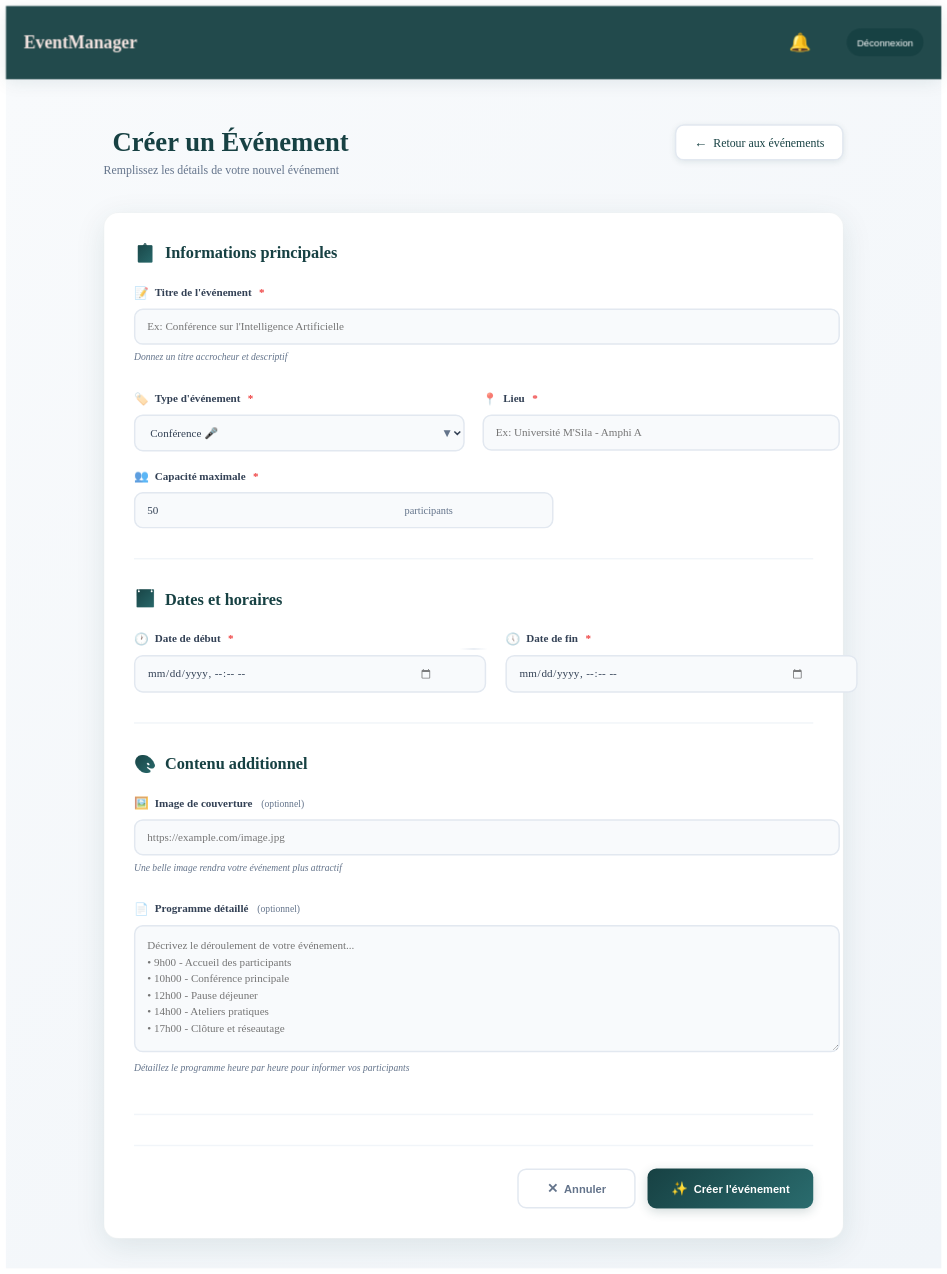
Repository: RADJA-A/DahiliRadja_Pjt_IW
Page: /organisateur/creer-evenement (app in Front/gerement/)
These files come from the project's save history. The page is drawn as it stood at one moment and after the next save; the edit follows.
The browser window is 1280 px wide. The pictures show the whole page, at 74% of full size.
The project was rebuilt for these pictures with package versions that can differ from the ones it lists, and the page was loaded fresh each time. Also part of the build but not shown: Front/gerement/angular.json, Front/gerement/src/app/pages/home/home.component.ts, Front/gerement/src/app/components/avantages/avantages.component.ts, Front/gerement/src/app/components/procedure/procedure.component.ts, Front/gerement/src/app/components/services/services.component.ts, Front/gerement/src/app/pages/login/login.component.ts, Front/gerement/src/app/core/services/auth.service.ts, Front/gerement/src/app/pages/signin/signin.component.ts and 9 more.

Above is the page before, as saved 2025-12-10 17:17:55.

### Front/gerement/src/index.html
<!doctype html>
<html lang="en">
<head>
  <meta charset="utf-8">
  <title>Gerement</title>
  <base href="/">
  <meta name="viewport" content="width=device-width, initial-scale=1">
   <link rel="icon" type="image/x-icon" href="1.png">
</head>
<body>


  <app-root></app-root>
</body>
</html>

### Front/gerement/src/app/app.config.ts
import { ApplicationConfig, provideZoneChangeDetection } from '@angular/core';
import { provideRouter } from '@angular/router';
import { provideHttpClient } from '@angular/common/http';

import { routes } from './app.routes';

export const appConfig: ApplicationConfig = {
  providers: [
    provideZoneChangeDetection({ eventCoalescing: true }),
    provideRouter(routes),
    provideHttpClient() // ← Pour les appels HTTP
  ]
};

### Front/gerement/src/app/app.component.ts
import { Component } from '@angular/core';
import { CommonModule } from '@angular/common';
import { Router, RouterOutlet, NavigationEnd } from '@angular/router';
import { HeaderComponent } from './components/header/header.component';
import { FooterComponent } from './components/footer/footer.component';
import { NavbarComponent } from './components/navbar/navbar.component';
import { filter } from 'rxjs/operators';

@Component({
  selector: 'app-root',
  standalone: true,
  imports: [
    CommonModule,
    RouterOutlet,
    HeaderComponent,
    FooterComponent,
    NavbarComponent // ← Ajout
  ],
  templateUrl: './app.component.html',
  styleUrls: ['./app.component.css']
})
export class AppComponent {
  title = 'gerement';
  showNavbar = false;

  constructor(private router: Router) {
    // Déterminer quand afficher la navbar
    this.router.events.pipe(
      filter(event => event instanceof NavigationEnd)
    ).subscribe((event: any) => {
      const url = event.url;
      this.showNavbar = !['/', '/login', '/signin'].includes(url);
    });
  }
}

### Front/gerement/src/app/app.component.html
<app-header *ngIf="!showNavbar"></app-header>
<app-navbar *ngIf="showNavbar"></app-navbar>
<router-outlet></router-outlet>
<app-footer *ngIf="!showNavbar"></app-footer>

### Front/gerement/src/app/components/header/header.component.ts
import { Component } from '@angular/core';
import { Router, RouterModule } from '@angular/router';

@Component({
  selector: 'app-header',
  standalone: true,
  imports: [RouterModule],
  templateUrl: './header.component.html',
  styleUrls: ['./header.component.css']
})
export class HeaderComponent {
  constructor(private router: Router) {}

  navigateToLogin() {
    this.router.navigate(['/login']);
  }

  navigateToSignin() {
    this.router.navigate(['/signin']);
  }

}

### Front/gerement/src/app/components/navbar/navbar.component.ts
import { Component, OnInit } from '@angular/core';
import { Router, RouterModule } from '@angular/router';
import { CommonModule } from '@angular/common';
import { NotificationsComponent } from '../notifications/notifications.component';
import { NotificationService } from '../../services/notification.service';

@Component({
  selector: 'app-navbar',
  imports: [CommonModule,NotificationsComponent,RouterModule],
  templateUrl: './navbar.component.html',
  styleUrls: ['./navbar.component.css']
})
export class NavbarComponent implements OnInit {
  user: any;
  notificationsCount = 0;
  showNotifications = false;

  constructor(
    private router: Router,
    private notificationService: NotificationService
  ) {}

  ngOnInit() {
    const userStr = localStorage.getItem('user');
    if (userStr) {
      this.user = JSON.parse(userStr);
      this.loadNotificationsCount();
    }
  }

  loadNotificationsCount() {
    this.notificationService.getNotificationsNonLues(this.user.id).subscribe(
      (notifications) => {
        this.notificationsCount = notifications.length;
      }
    );
  }

  toggleNotifications() {
    this.showNotifications = !this.showNotifications;
  }

  logout() {
    localStorage.removeItem('user');
    this.router.navigate(['/login']);
  }

  // Fix role check with multiple possibilities
  isOrganisateur(): boolean {
    const role = this.user?.role;
    console.log('Checking role:', role); // Debug log
    return role === 'ORGANIZER' || role === 'ADMIN';
  }

  // Add isParticipant method
  isParticipant(): boolean {
    const role = this.user?.role;
    return role === 'PARTICIPANT';
  }
}

### Front/gerement/src/app/components/header/header.component.html
<div id="logindiv">
  <nav>
    <h1>Gerement</h1>
    <ul class="liste">
      <li><a href="#avantages">Avantages</a></li>
      <li><a href="#services">Nos services</a></li>
      <li><a href="#procedure">Procedure</a></li>
    </ul>

    <!-- Wrap the buttons -->
    <div class="button-group">
      <button id="connectbtn" (click)="navigateToLogin()">Se connecter</button>
      <button id="signinbtn" (click)="navigateToSignin()">S'inscrire</button>
    </div>
  </nav>
</div>

### Front/gerement/src/app/components/header/header.component.css
*{
    font-family: DM sans-serif ;
}


body::-webkit-scrollbar {
    width : 10px;
}

body::-webkit-scrollbar-track {
    background :#174143;
}

body::-webkit-scrollbar-thumb {
    background-color :#F5E5E1;
    border-radius: 10px 10px ;
}


nav {
    display: flex;
    justify-content: space-between; /* h1 left, everything else right */
    align-items: center;
    padding: 0 20px;
}

.button-group {
    display: flex;
    gap: 10px; /* space between the two buttons */
}


nav h1 {
    color: #174143;
    margin: 0;
}

nav ul {
    display: flex;
    list-style: none;
    margin: 0;
    padding: 0;
    gap: 30px;
    align-items: center;
    font-size: 20px;
}

nav ul li {
    margin: 0;
    padding: 0;
}

nav ul li a {
    text-decoration: none;
    color: black;
    line-height: 1;
    display: flex;
    align-items: center;
}

nav ul li a:hover{
    font-weight: bold;
}


button{
    border: none;
    border-radius: 50px;
     background-color:  #174143;
    color: white;
    height : 48px;
    width : 134px;
    font-size: 19px;
}

button:hover{
    cursor: pointer;
    transition : 0.2s ease-in-out  ;
    background-color:  #F5E5E1;
    color:  #174143;
}

### Front/gerement/src/app/components/footer/footer.component.html
<footer class="custom-footer">
  <div class="footer-section">
    <p>Université d'alger 1</p>
    <p>Alger centre</p>
    <p>Alger, Algerie</p>
  </div>



  <div class="footer-bottom">
    <p>Gerement™</p>
    <p>© 2025 All Rights Reserved</p>
  </div>
</footer>

### Front/gerement/src/app/components/footer/footer.component.css
.custom-footer {
  background: #174143;
  padding: 30px;
  text-align: center;
  color: #F5E5E1;
  font-family: Arial, sans-serif;
  border-top: 1px solid #ddd;
}


.footer-bottom {
  margin-top: 15px;
  font-size: 13px;
  color: #d7beb8;
}

### Front/gerement/src/app/components/navbar/navbar.component.html
<nav class="navbar">
  <div class="navbar-container">
    <div class="navbar-brand">
      <h2>EventManager</h2>
    </div>

    <div class="navbar-menu">
      <ng-container *ngIf="isOrganisateur()">
        <!-- Add routerLink directive -->
        <a [routerLink]="['/organisateur/dashboard']" routerLinkActive="active">Dashboard</a>
        <a [routerLink]="['/organisateur/mes-evenements']" routerLinkActive="active">Mes Événements</a>
        <a [routerLink]="['/organisateur/creer-evenement']" routerLinkActive="active">Créer</a>
      </ng-container>

      <ng-container *ngIf="isParticipant()">
        <!-- Add routerLink directive -->
        <a [routerLink]="['/participant/evenements']" routerLinkActive="active">Événements</a>
        <a [routerLink]="['/participant/mes-inscriptions']" routerLinkActive="active">Mes Inscriptions</a>

      </ng-container>
    </div>

    <div class="navbar-actions">
      <div class="notification-btn" (click)="toggleNotifications()">
        <span class="icon">🔔</span>
        <span class="badge-notif" *ngIf="notificationsCount > 0">{{ notificationsCount }}</span>
      </div>

      <div class="user-menu">
        <span>{{ user?.prenom }} {{ user?.nom }}</span>
        <button class="btn btn-secondary" (click)="logout()">Déconnexion</button>
      </div>
    </div>
  </div>

  <!-- Dropdown notifications -->
  <app-notifications *ngIf="showNotifications" [userId]="user?.id"></app-notifications>
</nav>

### Front/gerement/src/app/pages/organisateur/creer-evenement/creer-evenement.component.html
<div class="creer-evenement">
  <div class="container">
    <!-- En-tête élégant -->
    <div class="page-header">
      <div class="header-content">
        <div class="header-text">
          <h1><span class="header-icon"></span> Créer un Événement</h1>
          <p class="subtitle">Remplissez les détails de votre nouvel événement</p>
        </div>
        <a routerLink="/organisateur/mes-evenements" class="btn-back">
          <span class="btn-icon">←</span> Retour aux événements
        </a>
      </div>
    </div>

    <!-- Formulaire -->
    <div class="form-wrapper">
      <form (ngSubmit)="onSubmit()" class="evenement-form">
        <!-- Section 1 : Informations principales -->
        <div class="form-section">
          <div class="section-header">
            <span class="section-icon">📋</span>
            <h3>Informations principales</h3>
          </div>

          <div class="form-grid">
            <!-- Titre -->
            <div class="input-group full-width">
              <label class="form-label">
                <span class="label-icon">📝</span>
                Titre de l'événement
                <span class="required">*</span>
              </label>
              <input
                type="text"
                [(ngModel)]="evenement.titre"
                name="titre"
                placeholder="Ex: Conférence sur l'Intelligence Artificielle"
                class="form-input"
                required>
              <p class="input-hint">Donnez un titre accrocheur et descriptif</p>
            </div>

            <!-- Type -->
            <div class="input-group">
              <label class="form-label">
                <span class="label-icon">🏷️</span>
                Type d'événement
                <span class="required">*</span>
              </label>
              <div class="select-container">
                <select [(ngModel)]="evenement.type" name="type" class="form-select" required>
                  <option *ngFor="let type of types" [value]="type">
                    {{ getTypeLabel(type) }}
                  </option>
                </select>
                <span class="select-arrow">▼</span>
              </div>
            </div>

            <!-- Lieu -->
            <div class="input-group">
              <label class="form-label">
                <span class="label-icon">📍</span>
                Lieu
                <span class="required">*</span>
              </label>
              <input
                type="text"
                [(ngModel)]="evenement.lieu"
                name="lieu"
                placeholder="Ex: Université M'Sila - Amphi A"
                class="form-input"
                required>
            </div>

            <!-- Capacité -->
            <div class="input-group">
              <label class="form-label">
                <span class="label-icon">👥</span>
                Capacité maximale
                <span class="required">*</span>
              </label>
              <div class="number-container">
                <input
                  type="number"
                  [(ngModel)]="evenement.capaciteMax"
                  name="capaciteMax"
                  min="1"
                  max="1000"
                  placeholder="50"
                  class="form-input number-input"
                  required>
                <span class="input-suffix">participants</span>
              </div>
            </div>
          </div>
        </div>

        <!-- Section 2 : Dates -->
        <div class="form-section">
          <div class="section-header">
            <span class="section-icon">📅</span>
            <h3>Dates et horaires</h3>
          </div>

          <div class="date-container">
            <div class="date-group">
              <label class="form-label">
                <span class="label-icon">🕐</span>
                Date de début
                <span class="required">*</span>
              </label>
              <div class="datetime-input-container">
                <input
                  type="datetime-local"
                  [(ngModel)]="evenement.dateDebut"
                  name="dateDebut"
                  class="form-input datetime-input"
                  required>
              </div>
            </div>

            <div class="date-separator">
              <div class="separator-line"></div>
              <span class="separator-text">à</span>
            </div>

            <div class="date-group">
              <label class="form-label">
                <span class="label-icon">🕔</span>
                Date de fin
                <span class="required">*</span>
              </label>
              <div class="datetime-input-container">
                <input
                  type="datetime-local"
                  [(ngModel)]="evenement.dateFin"
                  name="dateFin"
                  class="form-input datetime-input"
                  required>
              </div>
            </div>
          </div>
        </div>

        <!-- Section 3 : Contenu -->
        <div class="form-section">
          <div class="section-header">
            <span class="section-icon">🎨</span>
            <h3>Contenu additionnel</h3>
          </div>

          <div class="content-grid">
            <!-- Image -->
            <div class="input-group full-width">
              <label class="form-label">
                <span class="label-icon">🖼️</span>
                Image de couverture
                <span class="optional">(optionnel)</span>
              </label>
              <div class="image-input-container">
                <input
                  type="url"
                  [(ngModel)]="evenement.imageUrl"
                  name="imageUrl"
                  placeholder="https://example.com/image.jpg"
                  class="form-input">
                <p class="input-hint">Une belle image rendra votre événement plus attractif</p>
              </div>
              <div *ngIf="evenement.imageUrl" class="image-preview">
                <img [src]="evenement.imageUrl" alt="Aperçu" (error)="evenement.imageUrl = ''">
              </div>
            </div>

            <!-- Programme -->
            <div class="input-group full-width">
              <label class="form-label">
                <span class="label-icon">📄</span>
                Programme détaillé
                <span class="optional">(optionnel)</span>
              </label>
              <div class="textarea-container">
                <textarea
                  [(ngModel)]="evenement.programme"
                  name="programme"
                  rows="6"
                  placeholder="Décrivez le déroulement de votre événement...
• 9h00 - Accueil des participants
• 10h00 - Conférence principale
• 12h00 - Pause déjeuner
• 14h00 - Ateliers pratiques
• 17h00 - Clôture et réseautage"
                  class="form-textarea"></textarea>
                <p class="input-hint">Détaillez le programme heure par heure pour informer vos participants</p>
              </div>
            </div>
          </div>
        </div>

        <!-- Actions -->
        <div class="form-actions">
          <button type="button" class="btn btn-secondary" routerLink="/organisateur/mes-evenements">
            <span class="btn-icon">✕</span>
            Annuler
          </button>
          <button type="submit" class="btn btn-primary" [disabled]="loading">
            <span *ngIf="!loading" class="btn-content">
              <span class="btn-icon">✨</span>
              Créer l'événement
            </span>
            <span *ngIf="loading" class="btn-content">
              <span class="spinner"></span>
              Création en cours...
            </span>
          </button>
        </div>
      </form>
    </div>
  </div>
</div>

Loaded but not shown: Front/gerement/src/styles.css (common file); Front/gerement/src/main.ts (common file); Front/gerement/src/app/components/footer/footer.component.ts (common file); Front/gerement/src/app/pages/organisateur/creer-evenement/creer-evenement.component.css (455 lines, source omitted); Front/gerement/src/app/services/notification.service.ts (100 lines, source omitted); Front/gerement/src/app/pages/organisateur/creer-evenement/creer-evenement.component.ts (118 lines, source omitted); Front/gerement/src/app/app.routes.ts (36 lines, source omitted); Front/gerement/src/app/services/evenement.service.ts (71 lines, source omitted); Front/gerement/src/app/components/navbar/navbar.component.css (105 lines, source omitted); Front/gerement/src/app/app.component.css (no stored copy; drawn as an empty file)

After the next save:
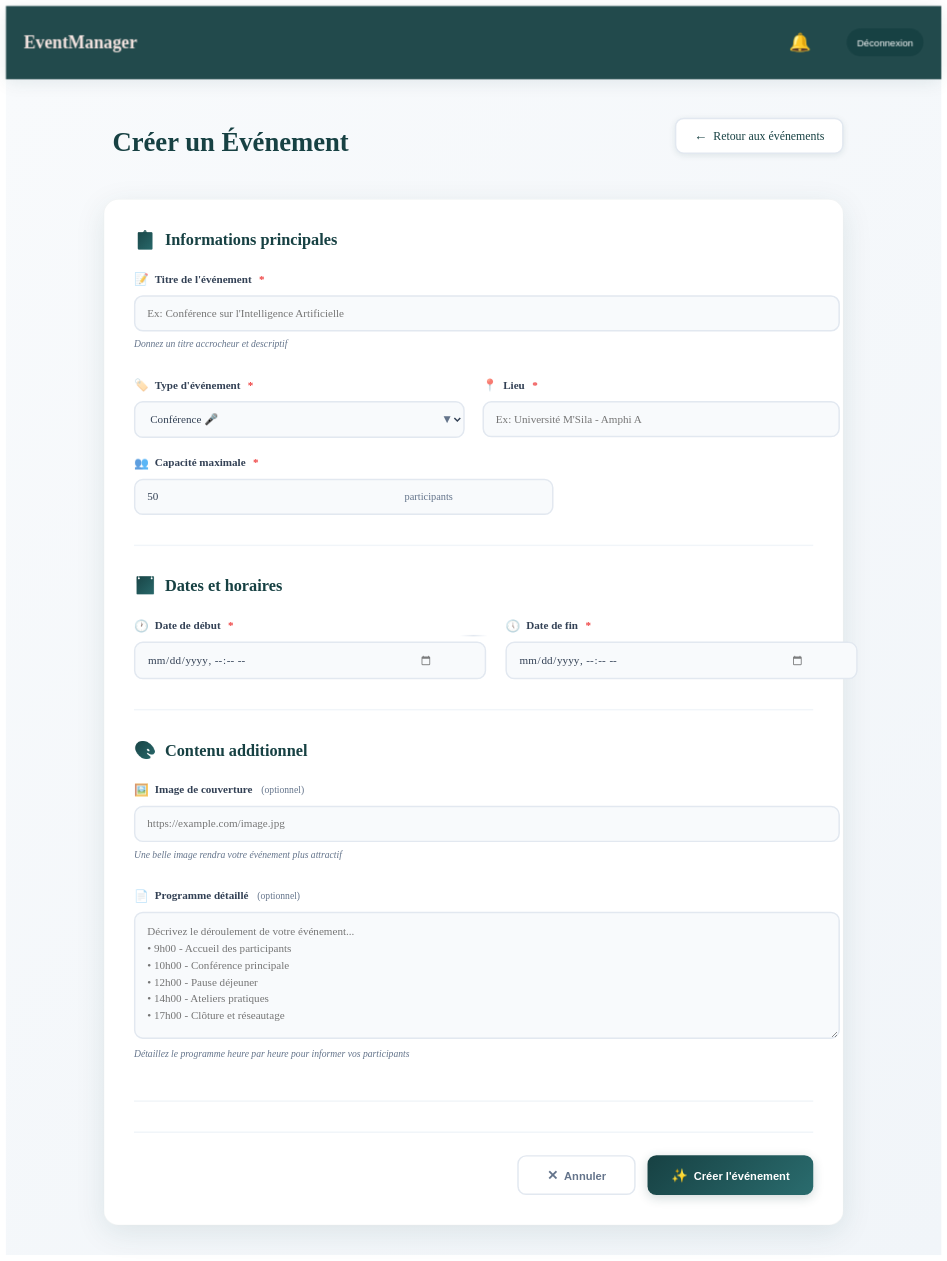
Saved 11 s later.
--- a/Front/gerement/src/app/pages/organisateur/creer-evenement/creer-evenement.component.html
+++ b/Front/gerement/src/app/pages/organisateur/creer-evenement/creer-evenement.component.html
@@ -5,7 +5,7 @@
       <div class="header-content">
         <div class="header-text">
           <h1><span class="header-icon"></span> Créer un Événement</h1>
-          <p class="subtitle">Remplissez les détails de votre nouvel événement</p>
+
         </div>
         <a routerLink="/organisateur/mes-evenements" class="btn-back">
           <span class="btn-icon">←</span> Retour aux événements

After the save that followed:
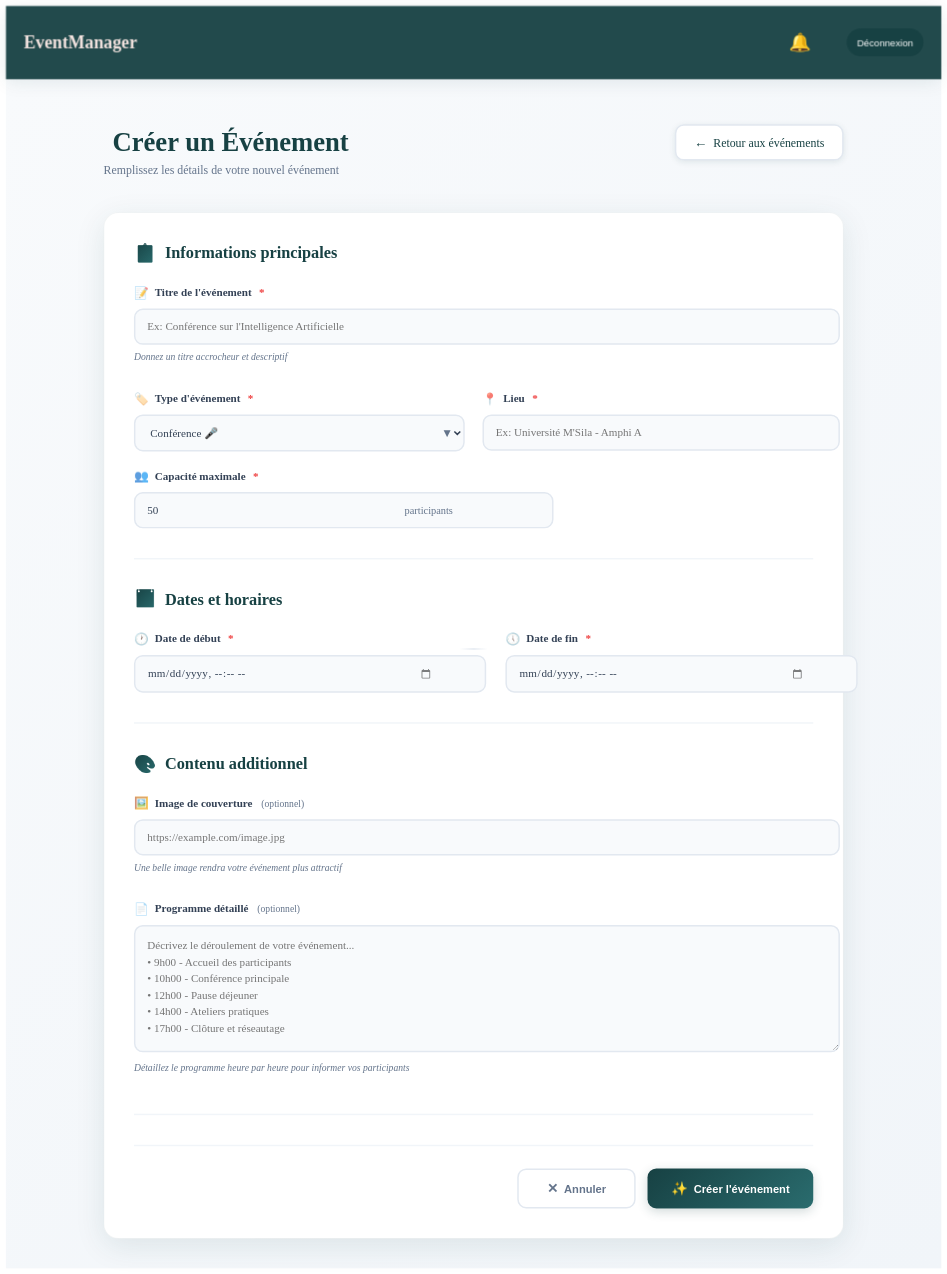
Saved 8 s later.
--- a/Front/gerement/src/app/pages/organisateur/creer-evenement/creer-evenement.component.html
+++ b/Front/gerement/src/app/pages/organisateur/creer-evenement/creer-evenement.component.html
@@ -5,7 +5,7 @@
       <div class="header-content">
         <div class="header-text">
           <h1><span class="header-icon"></span> Créer un Événement</h1>
-
+          <p class="subtitle">Remplissez les détails de votre nouvel événement</p>
         </div>
         <a routerLink="/organisateur/mes-evenements" class="btn-back">
           <span class="btn-icon">←</span> Retour aux événements
